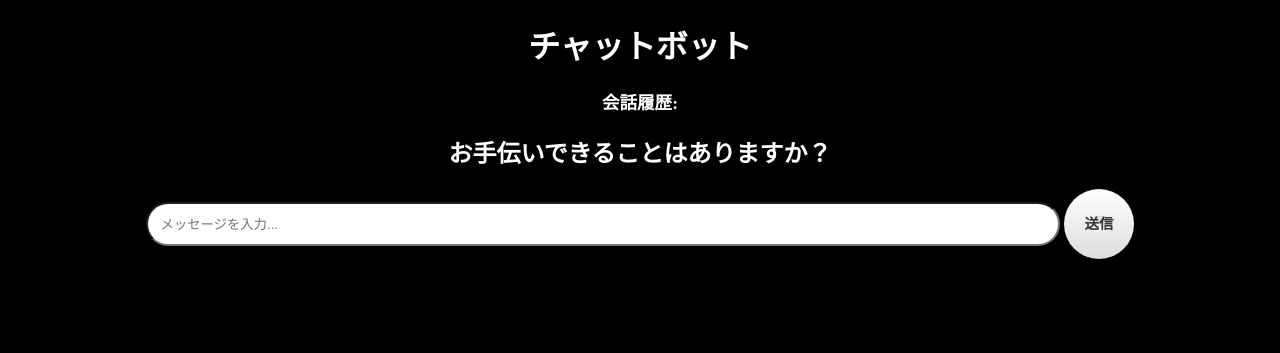
Repository: takumidayo0904/chatbot
Page: http://localhost/ChatBot/
An editor plug-in stored every save of this project. The page is shown before and after the next save, followed by the edit.
The browser window is 1280 px wide. The pictures show the whole page.
The page is served by Tomcat 9. Other server files are loaded and not shown.

Above is the page before, as saved 2025-02-03 12:12:56.

### ChatBot/WebContent/index.jsp
<%@ page language="java" contentType="text/html; charset=UTF-8"
	pageEncoding="UTF-8"%>
<!DOCTYPE html>
<html>
<head>
<meta charset="UTF-8">
<title>チャットボット</title>
<style>
body {
	background-color: #000;
}

.chat-container {
	text-align: center;
}

#message {
	width: 70%;
	padding: 1%;
}

.button-46 {
	width: 70px;
	height: 70px;
	border: none;
	border-radius: 50%;
	box-shadow: 0 10px 10px rgb(0 0 0/ 20%);
	background-image: linear-gradient(0, #ddd, #fff);
	color: #333333;
	font-weight: 600;
	font-size: .9em;
}

.chat-messages {
	color: #FFFFFF;
	font-size: 15px;
}

.button-46:hover {
	transform: scale(.99);
	box-shadow: 0 5px 5px rgb(0 0 0/ 20%);
}

.button-46 span {
	width: 100%;
	height: 100%;
	border-radius: 50%;
	background-image: linear-gradient(0, #fff, #ddd);
	line-height: 64px;
}

#message {
	border-radius: 30px;
}

h1, h2 {
	color: #FFF;
}

..chat-input {
    position: fixed;
    bottom: 0;  /* 画面下に固定 */
    left: 50%;
    transform: translateX(-50%);
    width: 100%;
    background-color: #000; /* 背景色を追加することで視認性を高めます */
    padding: 10px;
    box-sizing: border-box; /* paddingが要素のサイズに影響しないようにする */
}
</style>
</head>
<body>
	<form action="HelloServlet" method="POST">
		<div class="chat-container">
			<div class="header">
				<h1>チャットボット</h1>
			</div>

			<div class="chat-messages">

				<h3>会話履歴:</h3>
				<%
				String chatHistory = (String) session.getAttribute("chatHistory");
				if (chatHistory != null) {
					out.print(chatHistory);
				}
				%>

			</div>

			<div class="chat-input">
				<h2>お手伝いできることはありますか？</h2>

				<input type="text" id="message" name="message"
					placeholder="メッセージを入力..." />
				<button class="button-46">
					<span>送信</span>
				</button>
			</div>
		</div>
	</form>
</body>
</html>

After the next save:
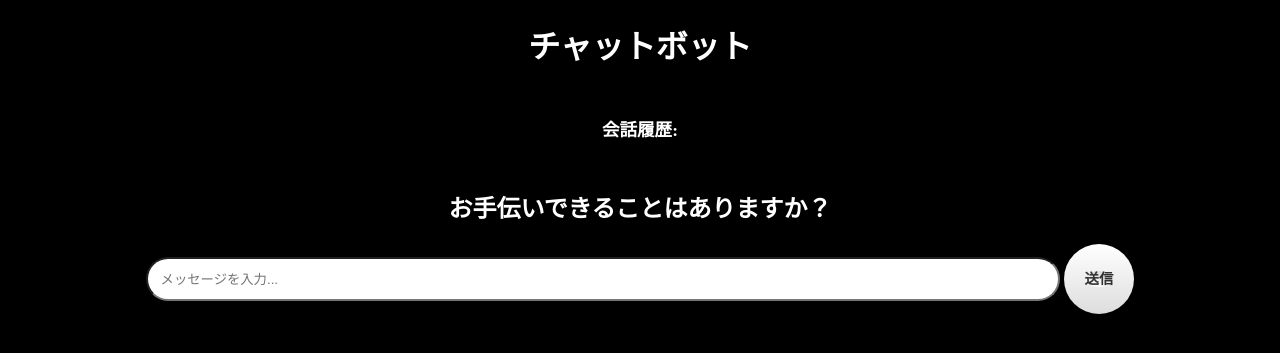
Saved 3 min 6 s later.
--- a/ChatBot/WebContent/index.jsp
+++ b/ChatBot/WebContent/index.jsp
@@ -57,15 +57,13 @@ h1, h2 {
 	color: #FFF;
 }
 
-..chat-input {
-    position: fixed;
-    bottom: 0;  /* 画面下に固定 */
-    left: 50%;
-    transform: translateX(-50%);
-    width: 100%;
-    background-color: #000; /* 背景色を追加することで視認性を高めます */
+.chat-messages {
+    color: #FFFFFF;
+    font-size: 15px;
+    max-height: 70vh;  /* 画面の70%の高さに制限 */
+    overflow-y: auto;  /* スクロール可能にする */
     padding: 10px;
-    box-sizing: border-box; /* paddingが要素のサイズに影響しないようにする */
+    box-sizing: border-box;
 }
 </style>
 </head>
